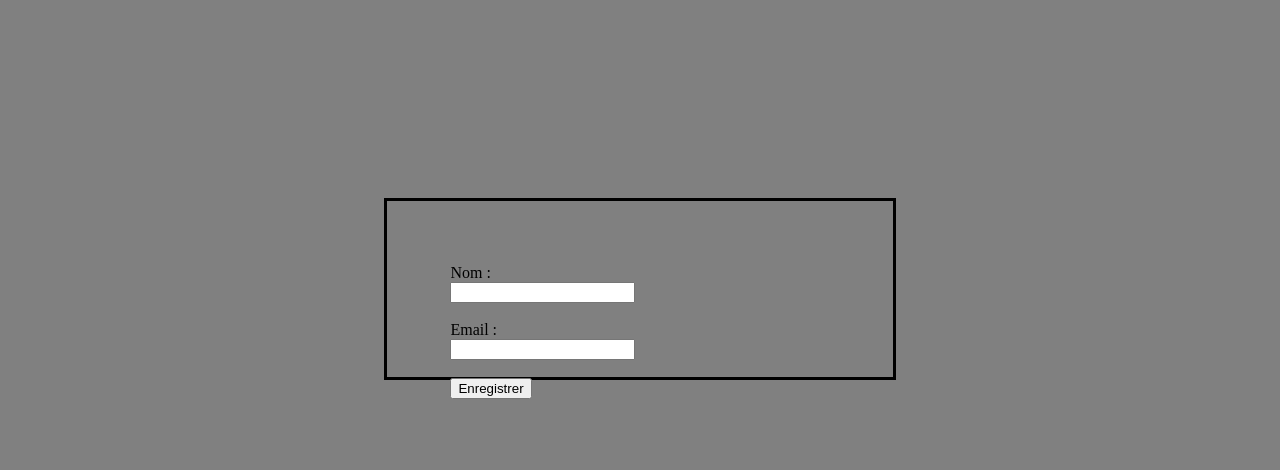
Repository: Haidara-97/TPJEE
Page: http://localhost/AppTest/
These files come from the project's save history. The page is drawn as it stood at one moment and after the next save; the edit follows.
The browser window is 1280 px wide. The pictures show the whole page.
The page is served by Tomcat 9. Other server files are loaded and not shown.

Above is the page before, as saved 2025-06-18 14:11:44.

### AppTest/src/main/webapp/index.jsp
<%@ page language="java" contentType="text/html; charset=UTF-8"
    pageEncoding="UTF-8"%>
<!DOCTYPE html>
<html>
<head>
<meta charset="UTF-8">
<title>Insert title here</title>
<style>
body{
display: flex;
background-color: gray;
align-items: center;
}
.forme{
margin :auto;
margin-top:15%;
border: solid;
width:30%;
height: 50px;
padding:5%;
}
</style>
</head>
<body >
<div class="forme" >
<form action="UserServlet" method="POST">
<label for=nom > Nom :</label><br>
        <input type="text" id="nom" name="nom"><br><br>
<label for=email> Email :</label> <br>
        <input type="text" id= "email" name="email"><br><br>
        <input type = "submit" id="button" value= Enregistrer>
</form>
</div>
</body>
</html>

After the next save:
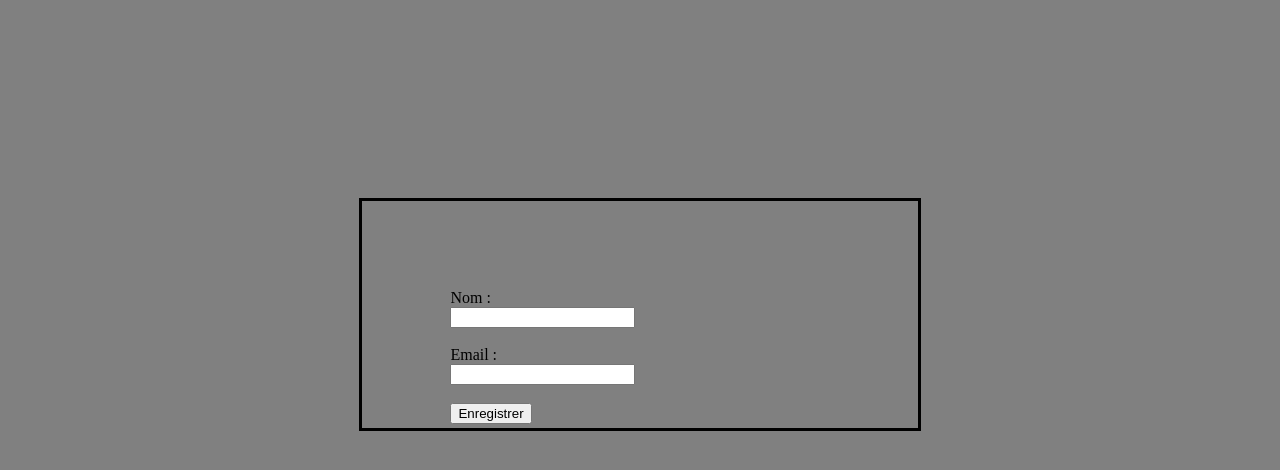
Saved 22 s later.
--- a/AppTest/src/main/webapp/index.jsp
+++ b/AppTest/src/main/webapp/index.jsp
@@ -17,7 +17,7 @@ margin-top:15%;
 border: solid;
 width:30%;
 height: 50px;
-padding:5%;
+padding:7%;
 }
 </style>
 </head>
